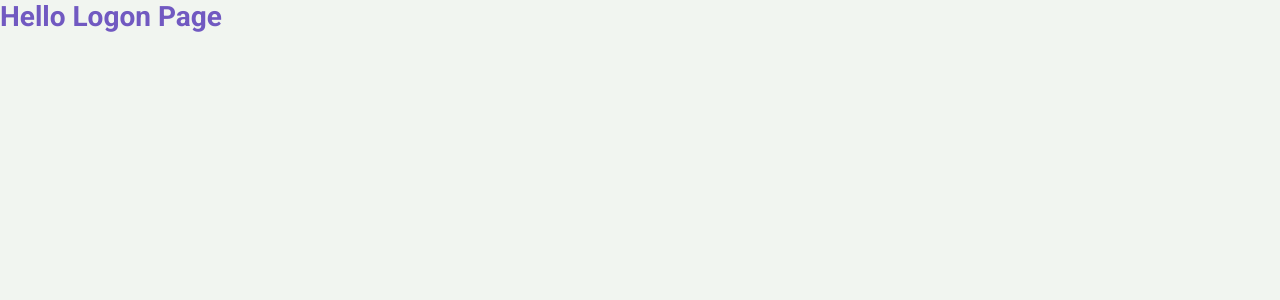
Repository: s7Thiago/semana-omnistack-11.0
Page: / (app in front-end/)
These files come from the project's save history. The page is drawn as it stood at one moment and after the next save; the edit follows.
The browser window is 1280 px wide. The pictures show the whole page.
The project was rebuilt for these pictures with package versions that can differ from the ones it lists, and the page was loaded fresh each time.

Above is the page before, as saved 2020-03-26 19:39:40.

After the next save:
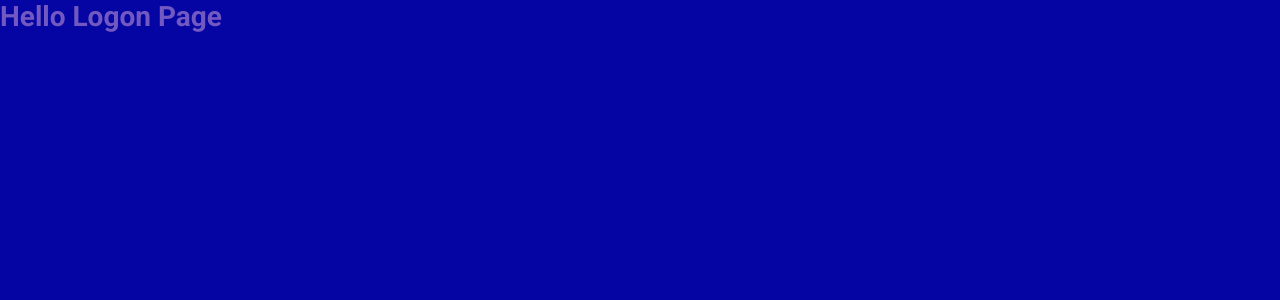
Saved 11 s later.
--- a/front-end/src/global.css
+++ b/front-end/src/global.css
@@ -9,7 +9,7 @@
 
 body{
     font: 400 14px Roboto, sans-serif;
-    background: #f1f5f0;
+    background: #0505a3;
     -webkit-font-smoothing: antialiased;
 }
 

After the save that followed:
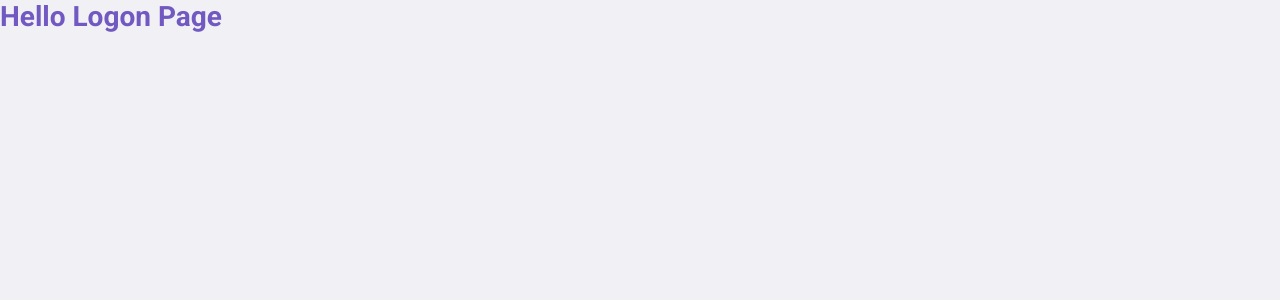
Saved 8 s later.
--- a/front-end/src/global.css
+++ b/front-end/src/global.css
@@ -9,7 +9,7 @@
 
 body{
     font: 400 14px Roboto, sans-serif;
-    background: #0505a3;
+    background: #f0f0f5;
     -webkit-font-smoothing: antialiased;
 }
 
